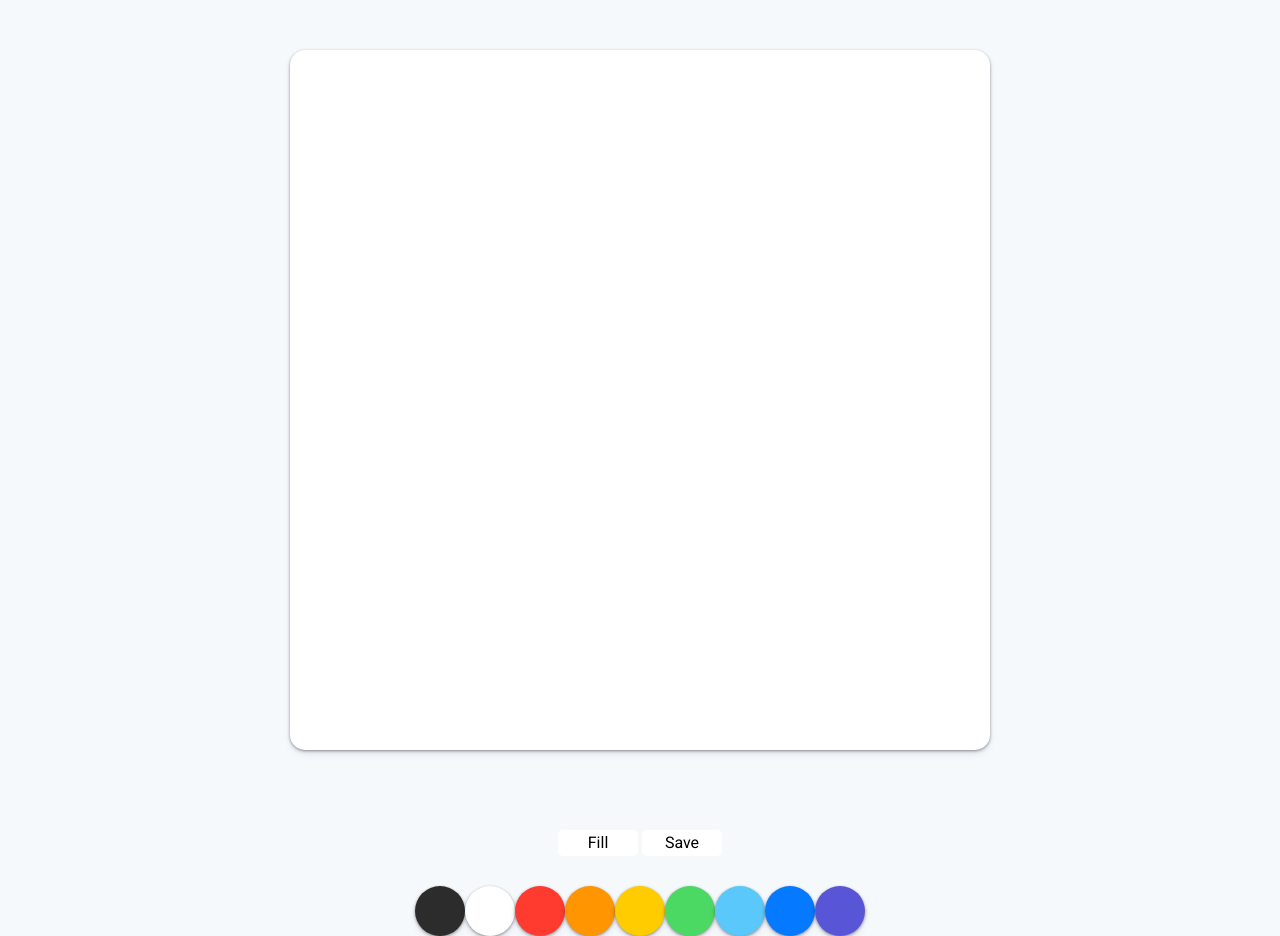
Repository: haleyjung/paintjs
Page: index.html
An editor plug-in stored every save of this project. The page is shown before and after the next save, followed by the edit.
The browser window is 1280 px wide. The pictures show the whole page.

Above is the page before, as saved 2020-11-24 22:56:55.

After the next save:
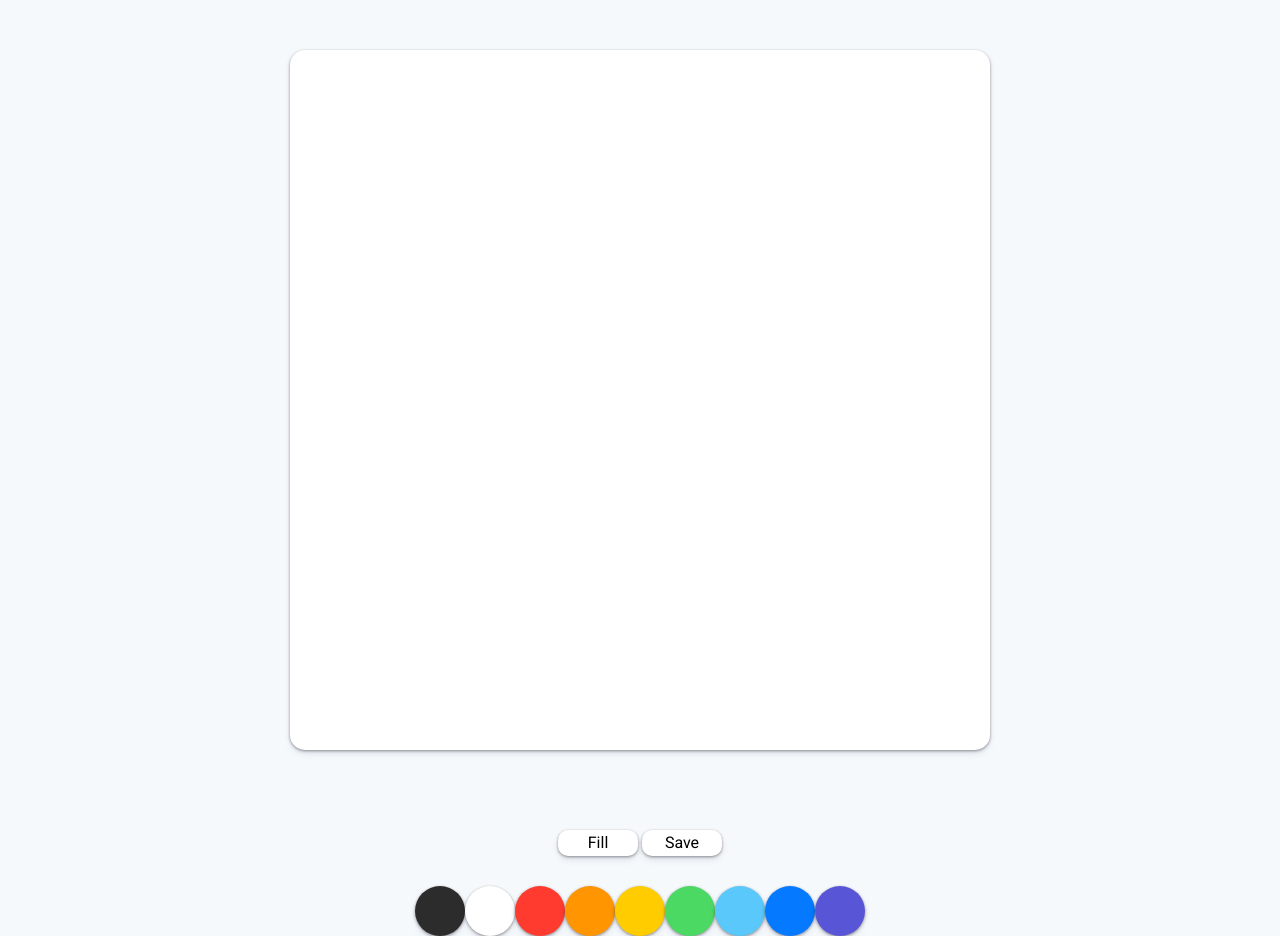
Saved 13 s later.
--- a/style.css
+++ b/style.css
@@ -36,7 +36,8 @@ body {
   padding: 5px 0px;
   width: 80px;
   text-align: center;
-  border-radius: 5px;
+  border-radius: 10px;
+  box-shadow: 0 4px 6px rgba(50, 50, 93, 0.11), 0 1px 3px rgba(0, 0, 0, 0.4);
 }
 
 .controls .controls__colors {
